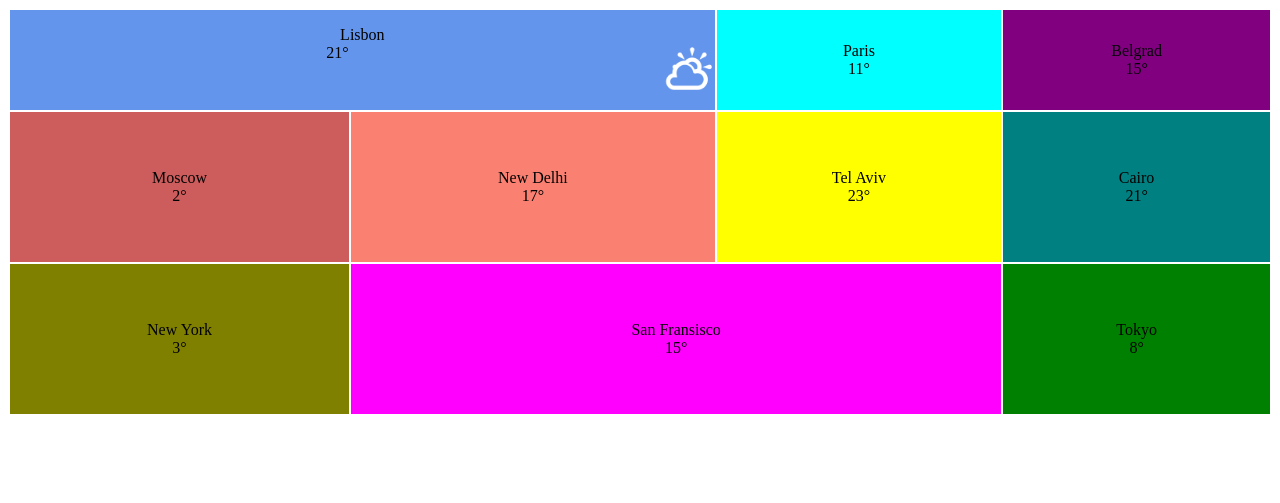
Repository: aysedo/html
Page: Week_2/index.html
An editor plug-in stored every save of this project. The page is shown before and after the next save, followed by the edit.
The browser window is 1280 px wide. The pictures show the whole page.

Above is the page before, as saved 2021-08-24 15:42:15.

After the next save:
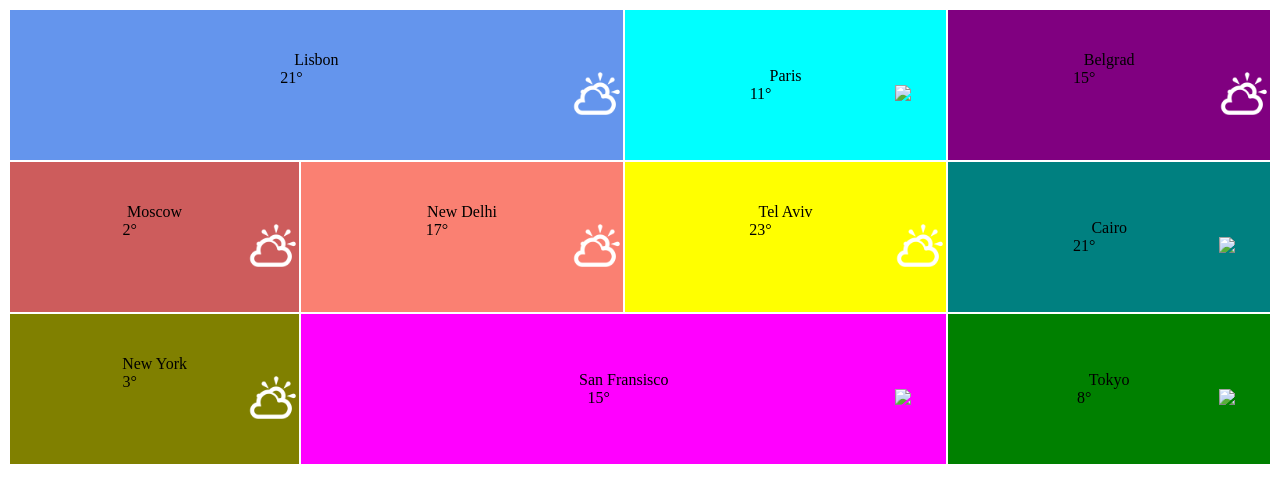
Not found: Week_2/sun.png
Saved 44 s later.
--- a/Week_2/index.html
+++ b/Week_2/index.html
@@ -8,7 +8,7 @@
   </head>
   <body>
     <table width="100%">
-      <tr height="100">
+      <tr height="150">
         <td colspan="2" bgcolor="cornflowerblue" align="center">
           Lisbon <br/>
           21°
@@ -17,42 +17,51 @@
         <td bgcolor="Aqua" align="center">
           Paris <br />
           11°
+          <img src="sun.png" width="50" align="right" />
         </td>
         <td bgcolor="Purple" align="center">
           Belgrad <br />
           15°
+          <img src="img.png" width="50" align="right" />
         </td>
       </tr>
       <tr height="150">
         <td bgcolor="Indianred" align="center">
           Moscow <br />
           2°
+          <img src="img.png" width="50" align="right" />
         </td>
         <td bgcolor="Salmon" align="center">
           New Delhi <br />
           17°
+          <img src="img.png" width="50" align="right" />
         </td>
         <td bgcolor="Yellow" align="center">
           Tel Aviv <br />
           23°
+          <img src="img.png" width="50" align="right" />
         </td>
         <td bgcolor="Teal" align="center">
           Cairo <br />
           21°
+          <img src="sun.png" width="50" align="right" />
         </td>
       </tr>
       <tr height="150">
         <td bgcolor="Olive" align="center">
           New York <br />
           3°
+          <img src="img.png" width="50" align="right" />
         </td>
         <td colspan="2" bgcolor="Fuchsia" align="center">
           San Fransisco<br />
           15°
+          <img src="sun.png" width="50" align="right" />
         </td>
         <td bgcolor="Green" align="center">
           Tokyo <br />
           8°
+          <img src="sun.png" width="50" align="right" />
         </td>
       </tr>
     </table>

After the save that followed:
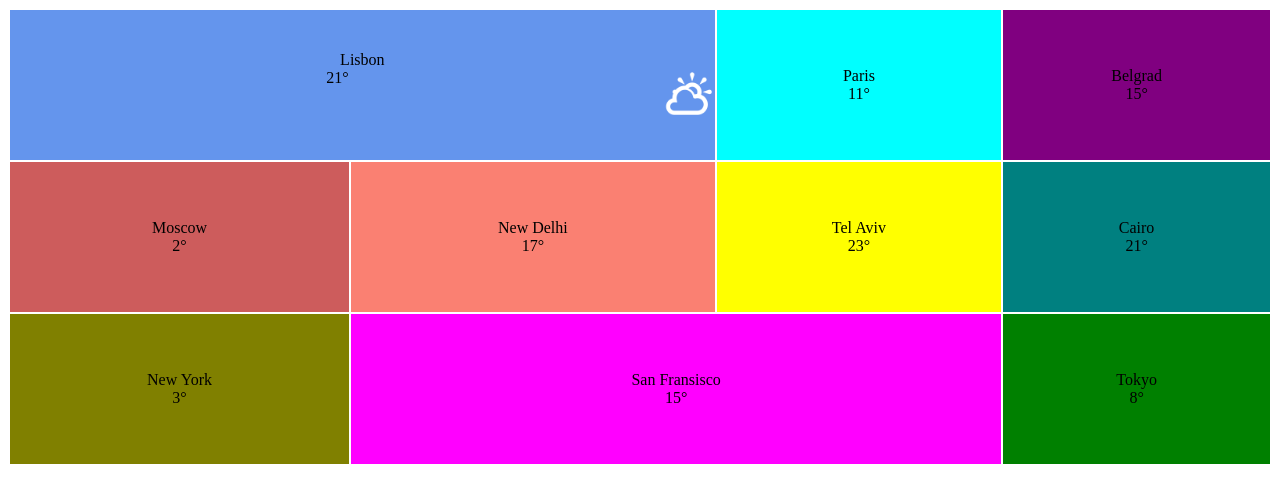
Saved 6 min 48 s later.
--- a/Week_2/index.html
+++ b/Week_2/index.html
@@ -17,51 +17,44 @@
         <td bgcolor="Aqua" align="center">
           Paris <br />
           11°
-          <img src="sun.png" width="50" align="right" />
         </td>
         <td bgcolor="Purple" align="center">
           Belgrad <br />
           15°
-          <img src="img.png" width="50" align="right" />
         </td>
       </tr>
       <tr height="150">
         <td bgcolor="Indianred" align="center">
           Moscow <br />
           2°
-          <img src="img.png" width="50" align="right" />
         </td>
         <td bgcolor="Salmon" align="center">
           New Delhi <br />
           17°
-          <img src="img.png" width="50" align="right" />
         </td>
         <td bgcolor="Yellow" align="center">
           Tel Aviv <br />
           23°
-          <img src="img.png" width="50" align="right" />
         </td>
         <td bgcolor="Teal" align="center">
           Cairo <br />
           21°
-          <img src="sun.png" width="50" align="right" />
         </td>
       </tr>
       <tr height="150">
         <td bgcolor="Olive" align="center">
           New York <br />
           3°
-          <img src="img.png" width="50" align="right" />
         </td>
         <td colspan="2" bgcolor="Fuchsia" align="center">
           San Fransisco<br />
           15°
-          <img src="sun.png" width="50" align="right" />
         </td>
         <td bgcolor="Green" align="center">
           Tokyo <br />
           8°
-          <img src="sun.png" width="50" align="right" />
+
+
         </td>
       </tr>
     </table>
